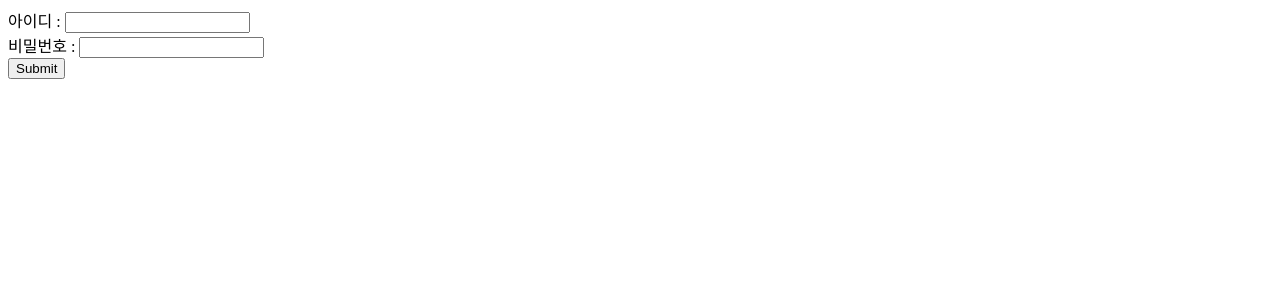
Repository: saysang22/servlet
Page: http://localhost/JSPBook/ch08/validation01.jsp
An editor plug-in stored every save of this project. The page is shown before and after the next save, followed by the edit.
The browser window is 1280 px wide. The pictures show the whole page.
The page is served by Tomcat 10. Other server files are loaded and not shown.

Above is the page before, as saved 2024-05-31 01:22:16.

### JSPBook/src/main/webapp/ch08/validation01.jsp
<%@ page language="java" contentType="text/html; charset=UTF-8"
    pageEncoding="UTF-8"%>
<!DOCTYPE html>
<html>
<head>
<meta charset="UTF-8">
<title>유효성 검사</title>
</head>
<body>
	<form name="login" method="post" action="#">
		<div>아이디 : <input type="text" name="id"/></div>
		<div>비밀번호 : <input type="password" name="passwd"/></div>
		<input type="submit"/>
	</form>
</body>
</html>

After the next save:
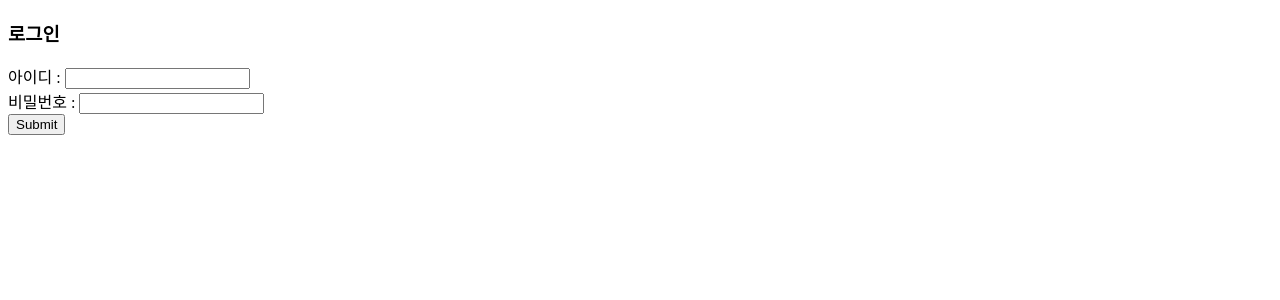
Saved 77 s later.
--- a/JSPBook/src/main/webapp/ch08/validation01.jsp
+++ b/JSPBook/src/main/webapp/ch08/validation01.jsp
@@ -7,6 +7,7 @@
 <title>유효성 검사</title>
 </head>
 <body>
+	<h3>로그인</h3>
 	<form name="login" method="post" action="#">
 		<div>아이디 : <input type="text" name="id"/></div>
 		<div>비밀번호 : <input type="password" name="passwd"/></div>
